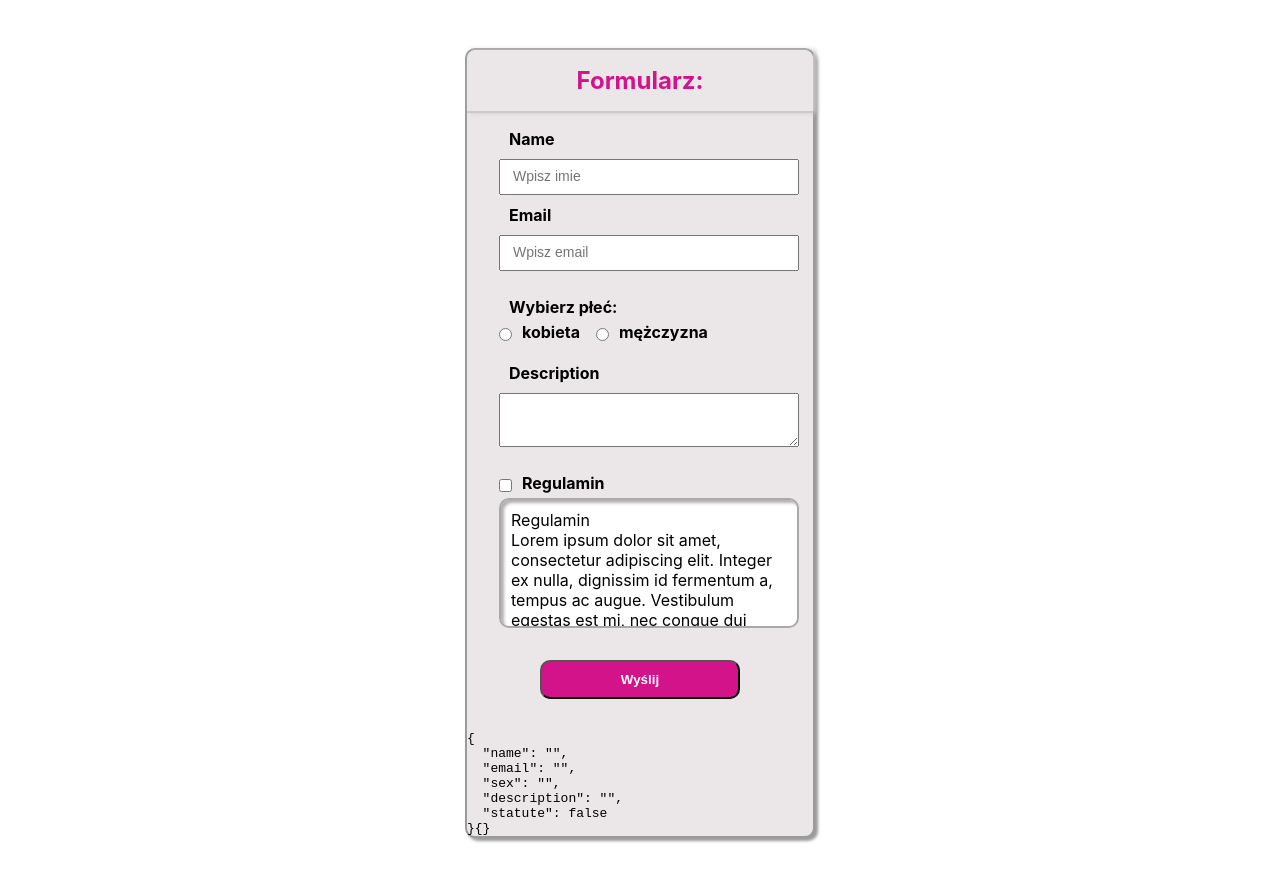
Repository: KrzysKolo/sr_tydzien4_zad3
Page: /
An editor plug-in stored every save of this project. The page is shown before and after the next save, followed by the edit.
The browser window is 1280 px wide. The pictures show the whole page.
The project was rebuilt for these pictures with package versions that can differ from the ones it lists, and the page was loaded fresh each time. Also part of the build but not shown: src/components/FormComponents/TextError.js.

Above is the page before, as saved 2020-11-19 15:19:59.

### src/App.js
import React from 'react';
import './App.css';
import FormikContainer from './components/Formik/FormikContainer';
import Header from './components/Header';
const App = () => {
  return (
    <main className="App">
      <Header />
      <FormikContainer />
    </main>
   );
}

export default App;

### src/App.css
* {
  margin: 0;
  padding: 0;
  box-sizing: border-box;
}
.App {
  margin: 3rem auto;
  width: 350px;
  background-color: rgb(235, 231, 232);
  border: 2px solid rgb(155, 155, 155);
  border-radius: 10px;
  box-shadow: 3px 3px 3px rgb(155, 155, 155);
}
.section {
  display: flex;
  flex-direction: column;
  margin: 1rem 2rem;
  justify-content: space-between;
}
label {
  font-weight: bold;
  display: flex;
  margin-bottom: 5px;
  margin-left: 10px;
}
input[type="text"],
input[type="email"],
textarea {
  display: block;
  width: 300px;
  padding: 6px 12px;
  font-size: 14px;
  line-height: 1.4285;
  color: #555;
  margin: 10px 0;
}
.error {
  color: red;
}
.row {
  display: flex;
  flex-direction: row;
  align-items: center;
  margin-right: 1rem;
}
.statute {
  border: 2px solid rgb(170, 169, 169);
  border-radius: 10px;
  box-shadow: inset 3px 3px 3px rgb(181, 177, 178);
  background: #ffffff;
  height: 130px;
  width: 300px;
  padding: 10px;
  overflow: auto;
}
.btn-send {
  background-color: rgba(211, 19, 137, 1);
  border-radius: 10px;
  color: white;
  cursor: pointer;
  font-weight: bold;
  margin: 1rem auto;
  padding: 10px;
  width: 200px;
  transition: all 0.3s ease-in-out;
}
.btn-send:hover {
  background-color: rgba(211, 19, 137, 0.5);
}
.header {
  color: rgba(211, 19, 137, 1);
  margin: 0 auto;
  text-align: center;
  font-weight: bold;
  border-bottom: 2px solid rgb(204, 201, 204);
  padding: 1rem;
  box-shadow: 3px 0 5px rgb(204, 201, 204);
}

### src/components/Formik/FormikContainer.js
import React, { useState } from 'react';
import { Formik, Form } from 'formik';
import * as yup from 'yup';
import FormikControl from './FormikControl';
import RadioOptions from './../../data/RadioOptions';

const FormikContainer = () => {
    const [systemMessage, setSystemMessage] = useState("");

    const onSubmit = (data, event) => {
      event.target.reset();
      setSystemMessage(<p>Dziękujemy za wysłanie!</p>);
    };
    const initialValues = {
        name: '',
        email: '',
        sex: '',
        description: '',
        statute: false,
    }

    const validationSchema = yup.object({
        name: yup.string().required("Imię jest obowiązkowe!").min(2,"Twóje imię musi mieć więcej niż 2 znaki!").max(30,'Twoje imię może mieć maxymalnie 30 znaków!'),
        email: yup.string().required("Email jest wymagany!").email("Adres zawiera błędy"),
        sex: yup.string().required('Zaznacz jedną wartość!'),
        description: yup.string().required('Wpisz kilka słów!').min(2, "Wpisz co najmniej 2 znaki").max(100, "Możesz wpisać max. 250 znaków"),
        statute: yup.boolean().required().oneOf([true], 'Musisz zaznaczyć regulamin!'),
    });
    const [ showMessage, setShowMessage ] = useState(false);

    return (
        <Formik
            initialValues={initialValues}
            validationSchema={validationSchema}
            onSubmit={onSubmit}
        >
            { ({formik, values, errors}) => (
                <Form className="form-wrapper">
                    <section className="section">
                        <FormikControl control='input' type='text' label='Name' name='name' placeholder="Wpisz imie"/>
                        <FormikControl control='input' type='email' label='Email' name='email' placeholder="Wpisz email"/>
                    </section>
                    <section className="section">
                        <FormikControl control='radio' label='Wybierz płeć: ' name='sex' options={RadioOptions}/>
                    </section>
                    <section className="section">
                        <FormikControl control='textarea' label='Description' name='description'/>
                    </section>
                    <section className="section">
                        <FormikControl control='checkbox' label='Regulamin' name='statute'/>
                        <div className="statute">
                            Regulamin<br/>
                            <p>Lorem ipsum dolor sit amet, consectetur adipiscing elit. Integer ex nulla, dignissim id fermentum a, tempus ac augue. Vestibulum egestas est mi, nec congue dui mollis vitae. Nam dictum lectus non mauris hendrerit efficitur. Donec imperdiet nec nibh et interdum. Fusce ornare consequat sapien. Pellentesque rhoncus tempor vulputate. Aliquam eu diam laoreet, tincidunt nulla ut, dignissim turpis. Aliquam est ante, luctus sed felis et, iaculis sollicitudin tellus. Cras congue tincidunt viverra. Sed vestibulum faucibus lacus, eu dictum lorem porta id. Praesent a placerat ligula. Vestibulum faucibus ornare erat, id elementum est vehicula eu. Nunc pulvinar dolor lacus. Vestibulum dapibus efficitur orci, ac rhoncus augue auctor ut.</p>
                        </div>
                    </section>
                    <section className="section">
                         <button className="btn-send" type="submit">Wyślij</button>
                    </section>
                    <pre>
                        {JSON.stringify(values, null, 2)}
                        {JSON.stringify(errors, null, 2)}

                    </pre>
                    <>{systemMessage}</>

                </Form>
            )

            }

        </Formik>
    )
}
export default FormikContainer;

### src/components/Header.js
import React from 'react';
const Header = () => {
    return (
        <section className="header">
            <h2>Formularz: </h2>
        </section>
     );
}

export default Header;

### src/components/Formik/FormikControl.js
import { Input, Radio, Checkbox, TextArea } from './../FormComponents/';


const FormikControl = (props) => {
    const { control, ...rest } = props;
    switch(control) {
        case 'input': return <Input {...rest} />
        case 'radio': return <Radio {...rest} />
        case 'textarea': return <TextArea {...rest} />
        case 'checkbox': return <Checkbox {...rest} />
        default: return null
    }
}

export default FormikControl;

### src/data/RadioOptions.js
const RadioOptions=[
    { id: 0, value: "kobieta", label: 'kobieta' },
    { id: 1, value: "mężczyzna", label: 'mężczyzna' },
   ];
export default RadioOptions;

### src/components/FormComponents/index.js
export { default as Input } from "./Input";
export { default as Radio } from "./Radio";
export { default as Checkbox } from "./Checkbox";
export { default as TextArea } from "./TextArea";

### src/components/FormComponents/Input.js
import React from 'react';
import{ Field, ErrorMessage } from 'formik';
import TextError from './TextError';

const Input = (props) => {
    const { label, name, ...rest } = props;
    return (
        <div className="form-control">
             <label htmlFor={name}>{label}</label>
            <Field id={name} name={name} {...rest} />
            <ErrorMessage name={name} component={TextError} />
        </div>
     );
}

export default Input;

### src/components/FormComponents/Radio.js
import React from 'react';
import{ Field, ErrorMessage } from 'formik';
import TextError from './TextError';

const Radio = (props) => {
    const { label, name, options, ...rest } = props;
    return (
        <div className="form-control">
            <label htmlFor={name}>{label}</label>
            <div className="row">
                <Field name={name} {...rest}>
                    {
                    ({ field }) => {
                        return options.map(option => {
                            return (
                                <div className="row" key={option.id} >
                                    <input type='radio' id={option.id} {...field} value={option.value} checked={field.value === option.value}/>
                                    <label htmlFor={option.id}>{option.label}</label>
                                </div>
                            )
                        })
                    }
                    }
                </Field>
            </div>
            <ErrorMessage name={name} component={TextError} />
        </div>
     );
}

export default Radio;

### src/components/FormComponents/Checkbox.js
import React from 'react';
import{ Field, ErrorMessage } from 'formik';
import TextError from './TextError';

const Checkbox = (props) => {
    const { label, name, ...rest } = props;
    return (
        <div className="form-control">
            <div className="row">
                <Field type='checkbox' id={name} name="statute" {...rest}/>
                <label htmlFor={name}>{label}</label>
            </div>
            <ErrorMessage name={name} component={TextError} />
        </div>
     );
}

export default Checkbox;

### src/components/FormComponents/TextArea.js
import React from 'react';
import{ Field, ErrorMessage } from 'formik';
import TextError from './TextError';

const TextArea = (props) => {
    const { label, name, ...rest } = props;
    return (
        <div className="form-control">
            <label htmlFor={name}>{label}</label>
            <Field as ='textarea' id={name} name={name} {...rest} />
            <ErrorMessage name={name} component={TextError} />
        </div>
     );
}

export default TextArea;

Loaded but not shown: public/index.html (common file); src/index.js (common file); src/index.css (common file)

After the next save:
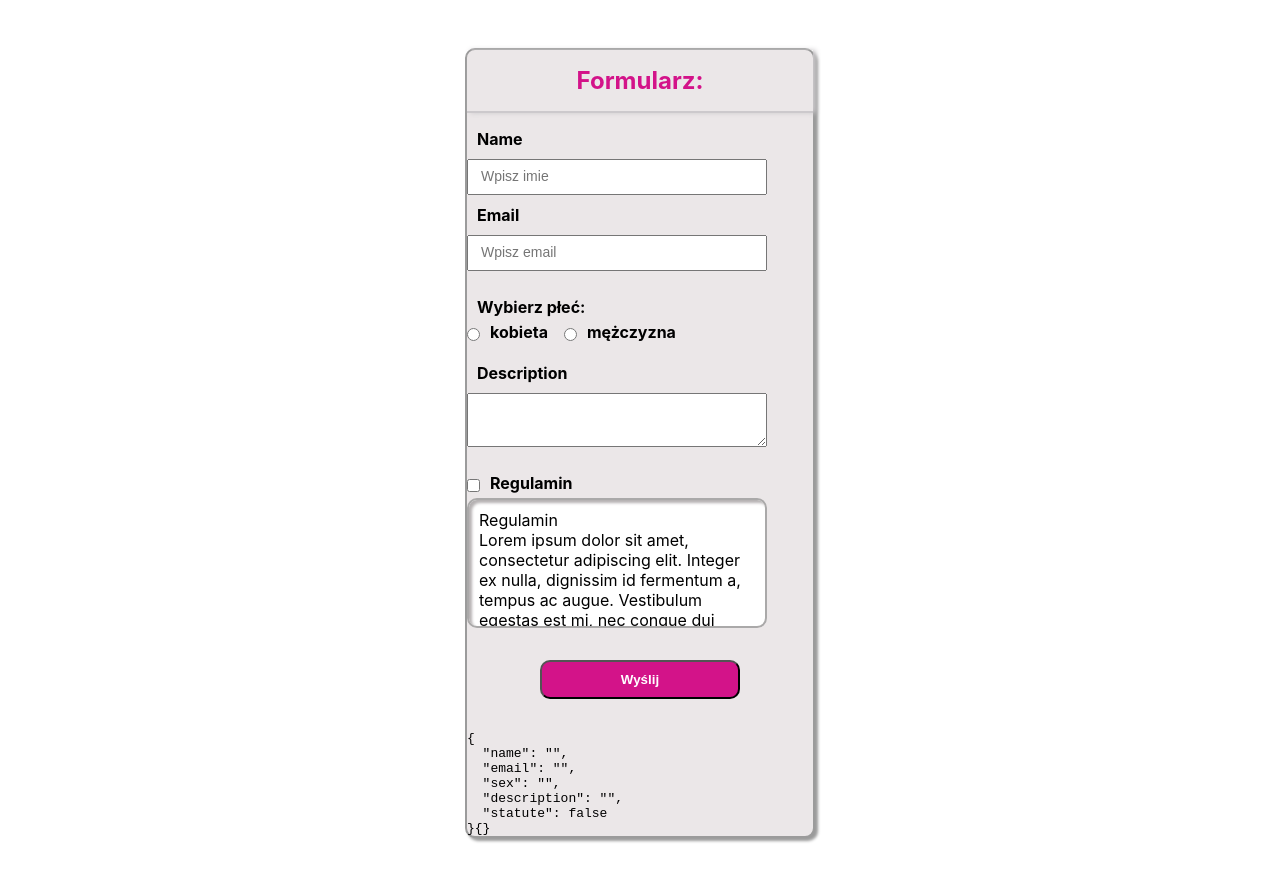
Saved 52 s later.
--- a/src/App.css
+++ b/src/App.css
@@ -14,7 +14,7 @@
 .section {
   display: flex;
   flex-direction: column;
-  margin: 1rem 2rem;
+  margin: 1rem auto;
   justify-content: space-between;
 }
 label {
